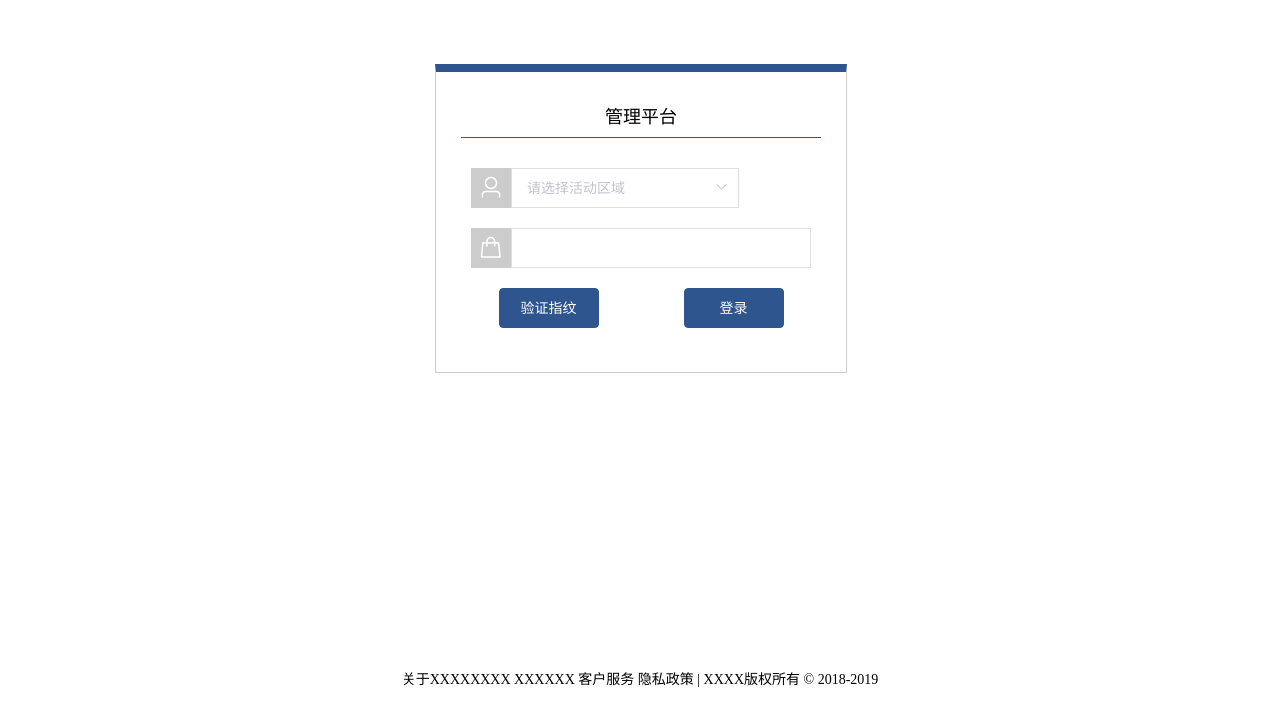
Repository: lff528/man_system
Page: /
These files come from the project's save history. The page is drawn as it stood at one moment and after the next save; the edit follows.
The browser window is 1280 px wide. The pictures show the whole page.
The project was rebuilt for these pictures with package versions that can differ from the ones it lists, and the page was loaded fresh each time.

Above is the page before, as saved 2020-01-03 13:44:20.

After the next save:
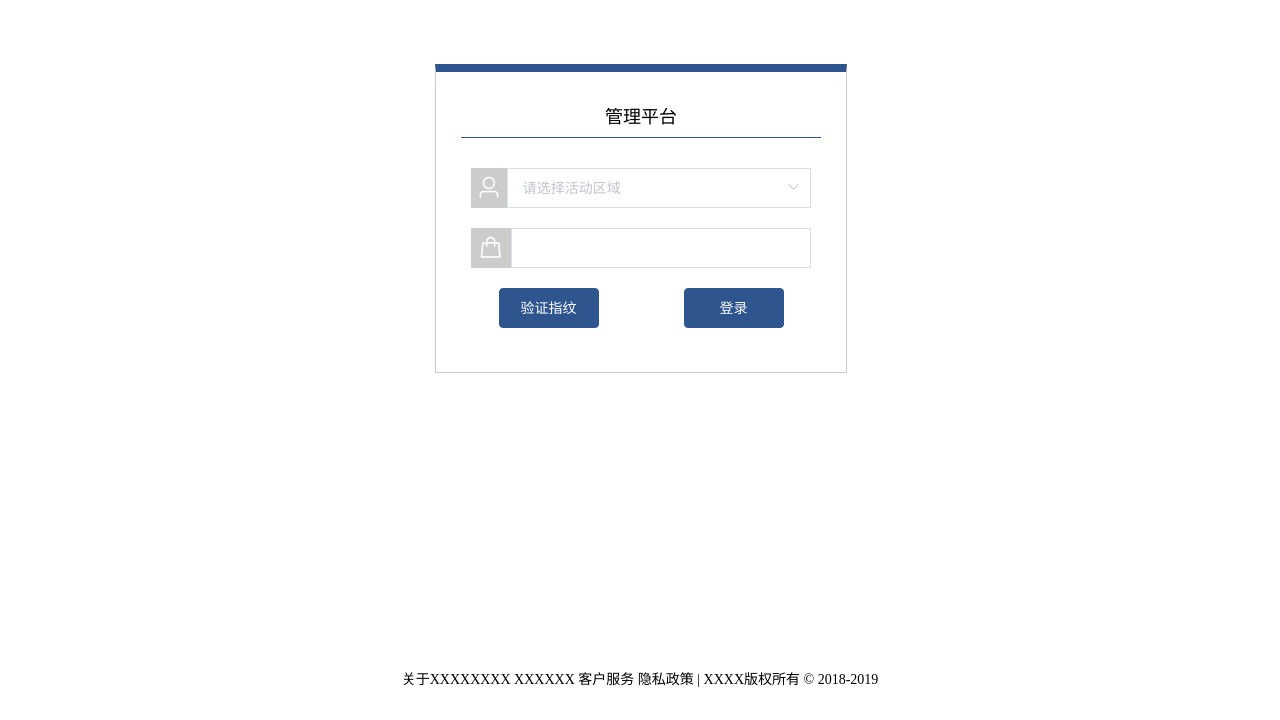
Saved 80 s later.
--- a/src/components/login/index.vue
+++ b/src/components/login/index.vue
@@ -62,7 +62,9 @@ export default {
     border-color: #2e558e;
     width: 100px;
   }
-
+  .login .el-select{
+    width: 100%;
+  }
 </style>
 <style scoped lang="less">
 
